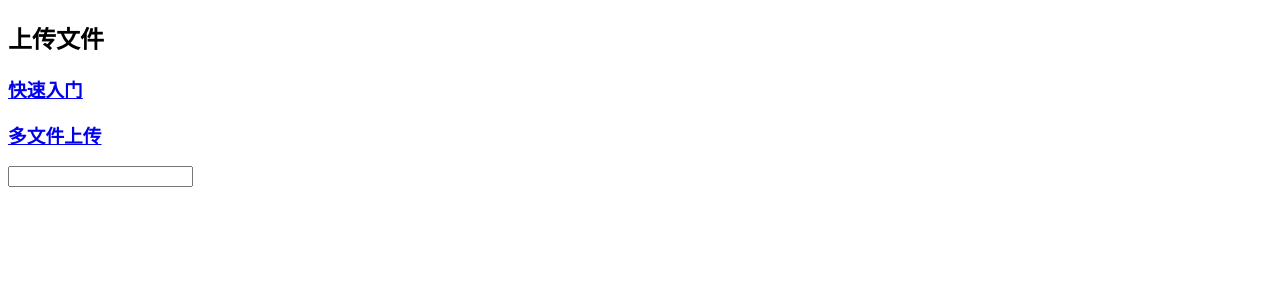
Repository: iamsongpeng/java-web-demo
Page: http://localhost/java-web-demo-upload-01/
The author's editor kept a copy of each file at every save. The page is drawn from the files as they stood at one save, then again after the next save.
The browser window is 1280 px wide. The pictures show the whole page.
The page is served by Tomcat 9.

Above is the page before, as saved 2017-06-12 03:29:20.

After the next save:
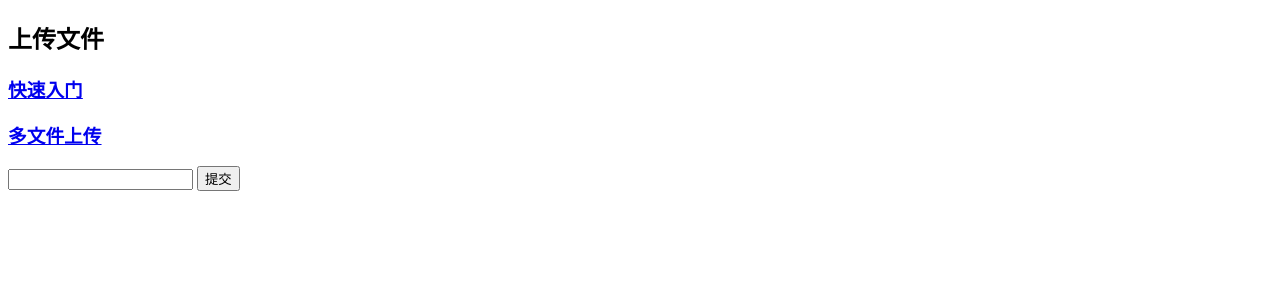
Saved 23 s later.
--- a/java-web-demo-upload-01/WebContent/index.jsp
+++ b/java-web-demo-upload-01/WebContent/index.jsp
@@ -12,6 +12,7 @@
 	<h3><a href="${pageContext.request.contextPath }/manyFileUpload.jsp">多文件上传</a></h3>
 	<form>
 		<input type="text" name="laoda">
+		<input type="button" value="提交">
 	</form>
 </body>
 </html>
